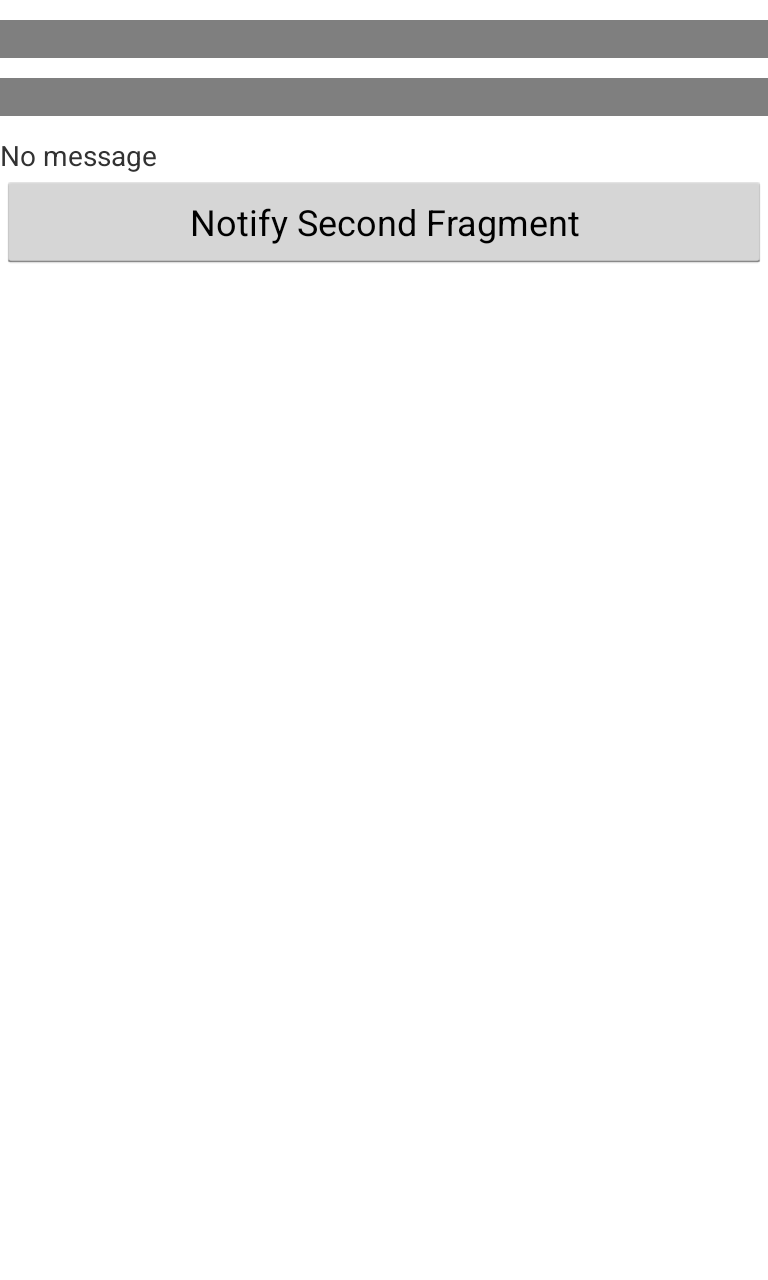
Repository: Liu-D-Henrry/Android
Layout: DemoFragment/res/layout/first_demo.xml
These files come from the project's save history. The layout is drawn as it stood at one moment and after the next save; the edit follows.
Pictures or frames that could not be fetched are drawn as grey boxes. It is drawn on a 768 x 1280 px phone screen (xhdpi) without system bars, with theme AppTheme; the app's code is not run.

Above is the layout before, as saved 2013-08-30 04:13:49.

### DemoFragment/res/layout/first_demo.xml
<?xml version="1.0" encoding="utf-8"?>
<LinearLayout xmlns:android="http://schemas.android.com/apk/res/android"
    android:layout_width="match_parent"
    android:layout_height="match_parent"
    android:layout_marginTop="16dp"
    android:layout_marginBottom="16dp"
    android:layout_marginLeft="16dp"
    android:layout_marginRight="16dp"
    android:orientation="vertical" >

    <fragment
        android:name="com.will.demofragment.FirstFragment"
        android:id="@+id/first_fragment"
        android:layout_marginTop="10dp"
        android:layout_width="match_parent"
        android:layout_height="wrap_content" />

    <fragment
        android:name="com.will.demofragment.SecondFragment"
        android:id="@+id/second_fragment"
        android:layout_marginTop="10dp"
        android:layout_width="match_parent"
        android:layout_height="wrap_content" />

    <TextView
        android:id="@+id/show"
        android:layout_marginTop="10dp"
        android:layout_width="match_parent"
        android:layout_height="wrap_content"
        android:text="@string/noMessage" />

    <Button
        android:id="@+id/fdButton"
        android:layout_width="match_parent"
        android:layout_height="wrap_content"
        android:text="@string/textFDButton" />

</LinearLayout>

### DemoFragment/res/values/strings.xml
<?xml version="1.0" encoding="utf-8"?>
<resources>

    <string name="app_name">DemoFragment</string>
    <string name="action_settings">Settings</string>
    <string name="hello_world">Hello world!</string>

    <string name="noMessage">No message</string>
    <string name="textFDButton">Notify Second Fragment</string>

    <string name="textFirstFragment">The First Fragment</string>
    <string name="textFFButton1">Notify Activity 1</string>
    <string name="textFFButton2">Notify Activity 2</string>

    <string name="textSecondFragment">The Second Fragment</string>

</resources>

Loaded but not shown: DemoFragment/res/values/styles.xml (common file); DemoFragment/res/values-v11/styles.xml (common file); DemoFragment/res/values-v14/styles.xml (common file)

After the next save:
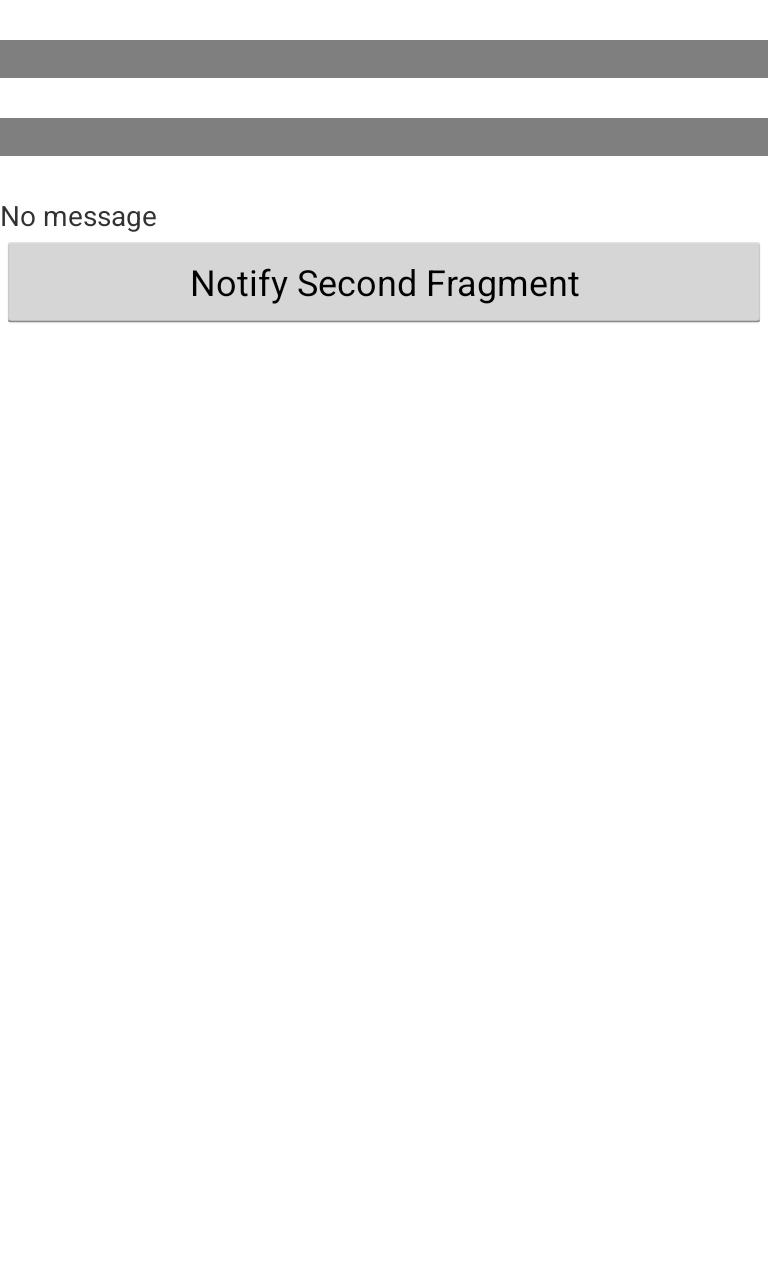
Saved 16 s later.
--- a/DemoFragment/res/layout/first_demo.xml
+++ b/DemoFragment/res/layout/first_demo.xml
@@ -11,20 +11,20 @@
     <fragment
         android:name="com.will.demofragment.FirstFragment"
         android:id="@+id/first_fragment"
-        android:layout_marginTop="10dp"
+        android:layout_marginTop="20dp"
         android:layout_width="match_parent"
         android:layout_height="wrap_content" />
 
     <fragment
         android:name="com.will.demofragment.SecondFragment"
         android:id="@+id/second_fragment"
-        android:layout_marginTop="10dp"
+        android:layout_marginTop="20dp"
         android:layout_width="match_parent"
         android:layout_height="wrap_content" />
 
     <TextView
         android:id="@+id/show"
-        android:layout_marginTop="10dp"
+        android:layout_marginTop="20dp"
         android:layout_width="match_parent"
         android:layout_height="wrap_content"
         android:text="@string/noMessage" />
